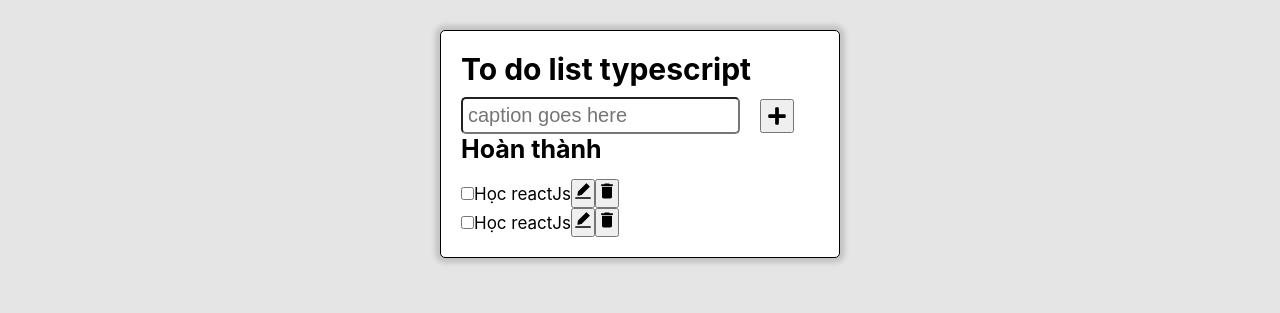
Repository: Nhatktvn/TodoListReactTs
Page: /
The author's editor kept a copy of each file at every save. The page is drawn from the files as they stood at one save, then again after the next save.
The browser window is 1280 px wide. The pictures show the whole page.
The project was rebuilt for these pictures with package versions that can differ from the ones it lists, and the page was loaded fresh each time.

Above is the page before, as saved 2023-11-08 09:02:39.

### src/index.css
* {
  margin: 0;
  padding: 0;
  box-sizing: border-box;
}

html {
  font-size: 10px;
  --font-size: 2rem;
}

body {
  margin: 0;
  font-family: -apple-system, BlinkMacSystemFont, 'Segoe UI', 'Roboto', 'Oxygen', 'Ubuntu', 'Cantarell', 'Fira Sans',
    'Droid Sans', 'Helvetica Neue', sans-serif;
  -webkit-font-smoothing: antialiased;
  -moz-osx-font-smoothing: grayscale;
  background-color: #e5e5e5;
}

input,
button {
  font-size: var(--font-size);
}
code {
  font-family: source-code-pro, Menlo, Monaco, Consolas, 'Courier New', monospace;
}

### src/App.tsx
import React from 'react'
import './App.css'
import TodoList from './components/TodoList/TodoList'

function App() {
  return (
    <div className='App'>
      <TodoList />
    </div>
  )
}

export default App

### src/components/TodoList/TodoList.tsx
import React from 'react'
import styles from './todoList.module.scss'
import TaskInput from '../TaskInput/TaskInput'
import TaskList from '../TaskList/TaskList'
export default function TodoList() {
  return (
    <div className={styles.todoList}>
      <div className={styles.todoListContainer}>
        <TaskInput />
        <TaskList />
      </div>
    </div>
  )
}

### src/components/TodoList/todoList.module.scss
.todoList {
  padding: 3rem;
}
.todoListContainer {
  background-color: #fff;
  padding: 2rem;
  max-width: 40rem;
  border-radius: 5px;
  margin: 0 auto;
  border: 1px solid #000;
  box-shadow: 0px 0px 5px 5px #c4c4c4;
  text-align: left;
}

### src/components/TaskInput/TaskInput.tsx
import React from 'react'
import styles from './taskInput.module.scss'
import { FaPlus } from 'react-icons/fa'
export default function TaskInput() {
  return (
    <div>
      <h1 className={styles.title}>To do list typescript</h1>
      <form className={styles.form}>
        <input type='text' placeholder='caption goes here' />
        <button type='submit'>
          <FaPlus />
        </button>
      </form>
    </div>
  )
}

### src/components/TaskList/TaskList.tsx
import React from 'react'
import styles from './tasklist.module.scss'
import { AiFillEdit } from 'react-icons/ai'
import { MdDelete } from 'react-icons/md'
export default function TaskList() {
  return (
    <div>
      <h2 className={styles.title}>Hoàn thành</h2>
      <div className={styles.tasks}>
        <div className={styles.task}>
          <input type='checkbox' />
          <span>Học reactJs</span>
          <div className={styles.taskAction}>
            <button className={styles.btn}>
              <AiFillEdit />
            </button>
            <button className={styles.btn}>
              <MdDelete />
            </button>
          </div>
        </div>
        <div className={styles.task}>
          <input type='checkbox' />
          <span>Học reactJs</span>
          <div className={styles.taskAction}>
            <button className={styles.btn}>
              <AiFillEdit />
            </button>
            <button className={styles.btn}>
              <MdDelete />
            </button>
          </div>
        </div>
      </div>
    </div>
  )
}

### src/components/TaskInput/taskInput.module.scss
.title {
  font-size: 3rem;
  margin-bottom: 1rem;
}

.form {
  display: flex;
  justify-content: left;
  align-items: center;
  gap: 2rem;
  input {
    padding: 5px;
    border-radius: 5px;
  }
  button {
    flex-shrink: 0;
    cursor: pointer;
    display: flex;
    justify-content: center;
    align-items: center;
    padding: 5px;
  }
}

### src/components/TaskList/tasklist.module.scss
.title {
  font-size: 2.5rem;
  margin-bottom: 1.5rem;
}
.tasks {
  .task {
    span {
      font-size: 1.7rem;
    }
    display: flex;
    justify-content: flex-start;
    align-items: center;
  }
}

Loaded but not shown: public/index.html (common file); src/index.tsx (common file); src/reportWebVitals.ts (common file); src/App.css (common file)

After the next save:
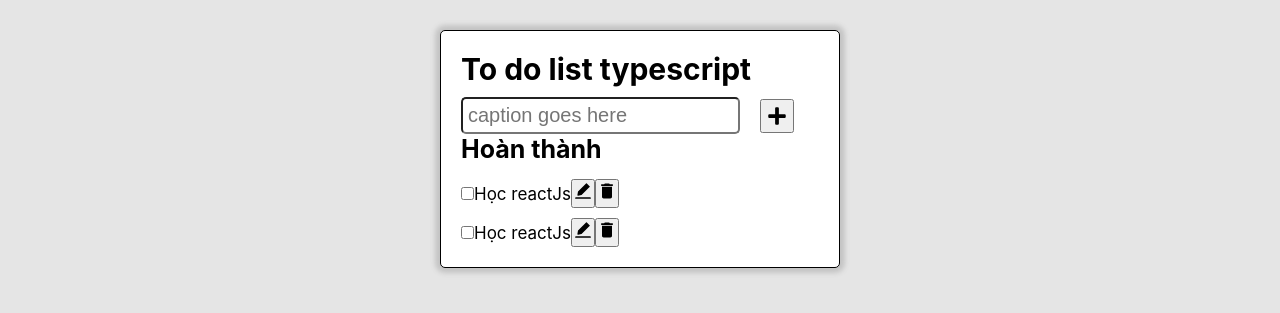
Saved 58 s later.
--- a/src/components/TaskList/tasklist.module.scss
+++ b/src/components/TaskList/tasklist.module.scss
@@ -10,5 +10,8 @@
     display: flex;
     justify-content: flex-start;
     align-items: center;
+    &:not(:last-child) {
+      margin-bottom: 1rem;
+    }
   }
 }
